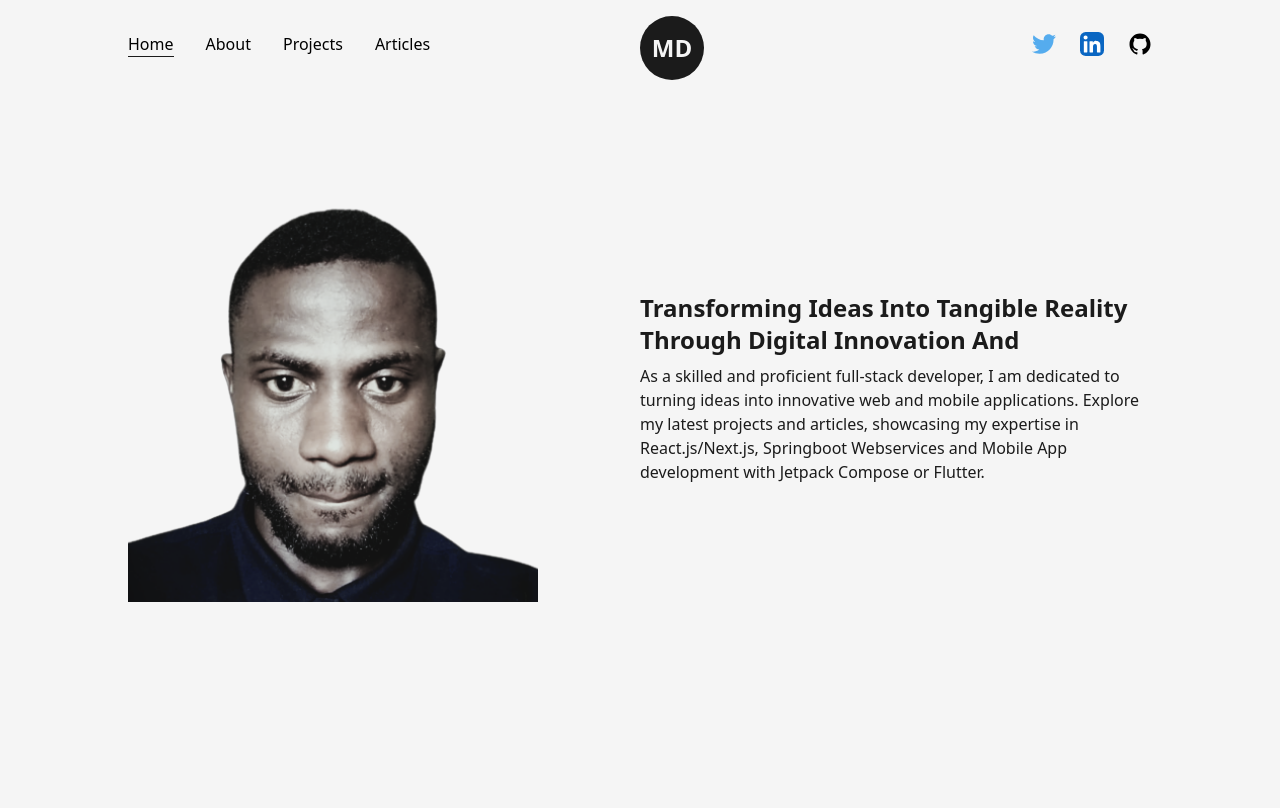
Repository: marcusdashe/situs
Page: /
These files come from the project's save history. The page is drawn as it stood at one moment and after the next save; the edit follows.
The browser window is 1280 px wide. The pictures show the whole page.
The project was rebuilt for these pictures with package versions that can differ from the ones it lists, and the page was loaded fresh each time. The framework's server and built-in components were replaced by stand-ins that run in the browser.

Above is the page before, as saved 2023-06-15 18:10:05.

### src/pages/_app.js
import Navbar from "@/components/Navbar";
import "@/styles/globals.css";
import Head from "next/head";
// import { IBM_Plex_Sans } from "next/font/google";

// const ibm = IBM_Plex_Sans({
//   subsets: ["latin"],
//   variable: "--font-mont",
// });

export default function App({ Component, pageProps }) {
  return (
    <>
      <Head>
        <meta name="viewport" content="width=device-width, initial-scale=1" />
        <link rel="icon" href="/favicon.ico" />
      </Head>
      <main className={`  bg-light w-full min-h-screen`}>
        <Navbar />
        <Component {...pageProps} />
      </main>
    </>
  );
}

### src/components/Navbar.jsx
import React from "react";
import { useRouter } from "next/router";
import Link from "next/link";
import Logo from "./Logo";
import { TwitterIcon, GithubIcon, LinkedInIcon } from "./Icons";
import { motion } from "framer-motion";

const CustomLink = ({ href, title, className = "" }) => {
  const router = useRouter();

  return (
    <Link href={href} className={`${className} relative group`}>
      {title}
      <span
        className={`h-[1px] inline-block bg-dark absolute left-0 -bottom-0.5 group-hover:w-full transition-[width] ease duration-300 ${
          router.asPath === href ? "w-full" : "w-0"
        }`}
      >
        &nbsp;
      </span>
    </Link>
  );
};

const Navbar = () => {
  return (
    <header
      className="w-full px-32 py-8 font-medium
            flex items-center justify-between"
    >
      <nav>
        <CustomLink href="/" title="Home" className="mr-4" />
        <CustomLink href="/about" title="About" className="mx-4" />
        <CustomLink href="/projects" title="Projects" className="mx-4" />
        <CustomLink href="/articles" title="Articles" className="ml-4" />
      </nav>

      <nav className="flex items-center justify-center flex-wrap">
        <motion.a
          href="https://www.twitter.com/marcusdashe"
          target={"_blank"}
          whileHover={{
            y: -2,
          }}
          whileTap={{ scale: 0.9 }}
          className="w-6 mx-3"
        >
          <TwitterIcon className="" />
        </motion.a>
        <motion.a
          href="https://www.linkedin.com/in/marcus-dashe-15a088202"
          target={"_blank"}
          whileHover={{
            y: -2,
          }}
          whileTap={{ scale: 0.9 }}
          className="w-6 mx-3"
        >
          <LinkedInIcon />
        </motion.a>
        <motion.a
          href="https://www.github.com/marcusdashe"
          target={"_blank"}
          whileHover={{
            y: -2,
          }}
          whileTap={{ scale: 0.9 }}
          className="w-6 ml-3"
        >
          <GithubIcon />
        </motion.a>
      </nav>
      <div className="absolute left-[50%] top-2 translate-x-[-50]">
        <Logo />
      </div>
    </header>
  );
};

export default Navbar;

### src/styles/globals.css
@import url("https://fonts.googleapis.com/css2?family=IBM+Plex+Sans:ital,wght@0,100;0,200;0,300;1,100;1,200&family=Inter:wght@300;400;500;600;700;800;900&display=swap");

@tailwind base;
@tailwind components;
@tailwind utilities;

### src/components/Layout.jsx
import React from "react";

const Layout = ({ children, className = "" }) => {
  return (
    <div className={`${className} w-full inline-block z-0 bg-light p-32  `}>
      {children}
    </div>
  );
};

export default Layout;

### src/components/AnimatedText.jsx
import React from "react";
import { motion } from "framer-motion";

const quote = {
  initial: {
    opacity: 1,
  },
  animate: {
    opacity: 1,
    transition: {
      delay: 0.5,
      staggerChildren: 0.08,
    },
  },
};

const singleWord = {
  initial: {
    opacity: 0,
    y: 50,
  },
  animate: {
    opacity: 1,
    y: 0,
    transition: {
      duration: 1,
    },
  },
};

const AnimatedText = ({ text, className = "" }) => {
  return (
    <div className="w-full mx-auto py-2 flex items-center justify-center text-center overflow-hidden ">
      <motion.h1
        className={`inline-block w-full text-dark font-bold capitalize text-2xl ${className}`}
        variants={quote}
        initial="initial"
        animate="animate"
      >
        {text.split(" ").map((word, index) => (
          <motion.span
            key={index}
            className="inline-block"
            variants={singleWord}
          >
            {word}&nbsp;
          </motion.span>
        ))}
      </motion.h1>
    </div>
  );
};

export default AnimatedText;

### src/components/Logo.jsx
"use client";

import React from "react";
import Link from "next/link";
import { motion } from "framer-motion";

const MotionLink = motion(Link);

const Logo = () => {
  return (
    <div className="flex items-center justify-center mt-2">
      <MotionLink
        href="/"
        className="w-16 h-16 bg-dark text-light flex items-center
        justify-center rounded-full text-2xl font-bold hover
      "
        whileHover={{
          scale: 1.5,
          backgroundColor: [
            "#121212",
            "rgba(131,58,180,1)",
            "rgba(253,29,29,1)",
            "rgba(252,176,69,1)",
            "rgba(131,58,180,1)",
            "#121212",
          ],
          transition: {
            duration: 1,
            repeat: Infinity,
          },
        }}
      >
        MD
      </MotionLink>
    </div>
  );
};

export default Logo;

Loaded but not shown: src/pages/index.js (46 lines, source omitted); tailwind.config.js (27 lines, source omitted); src/components/Icons.jsx (463 lines, source omitted)

After the next save:
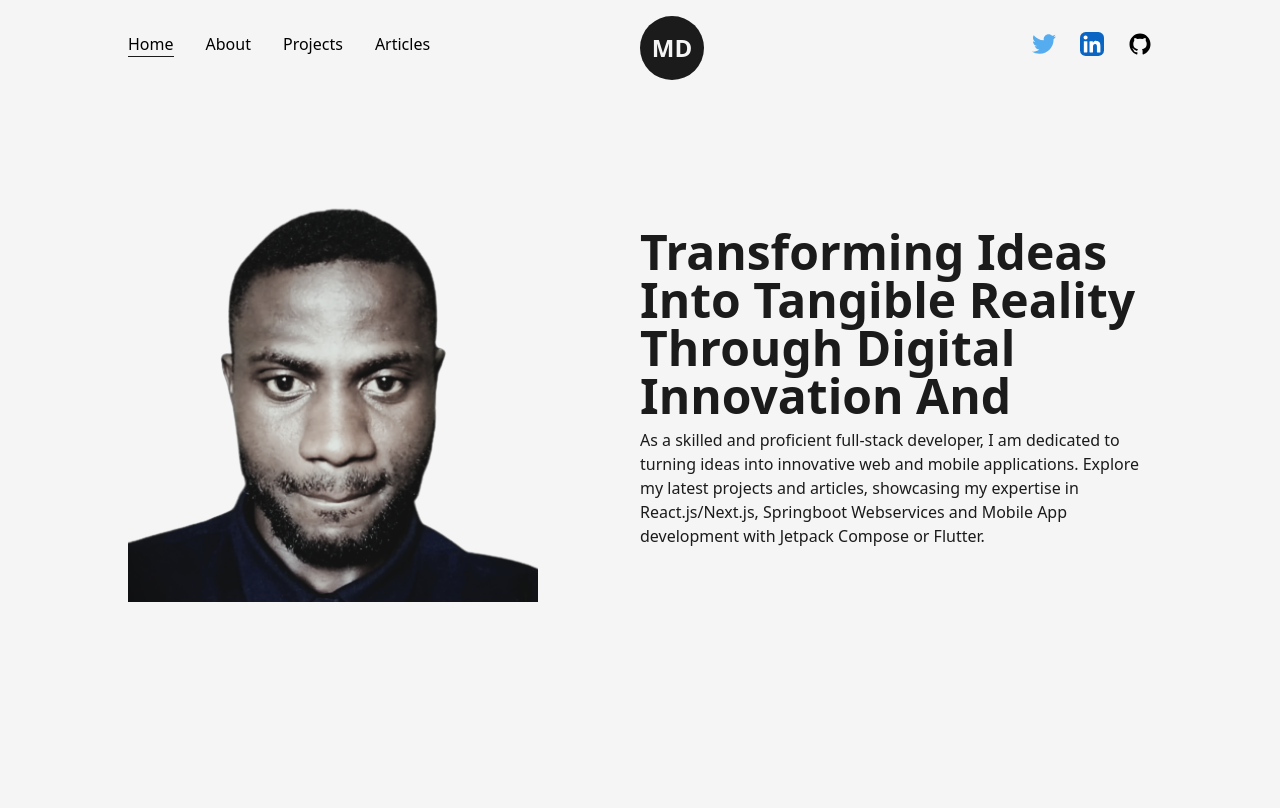
Saved 7 s later.
--- a/src/components/AnimatedText.jsx
+++ b/src/components/AnimatedText.jsx
@@ -32,7 +32,7 @@ const AnimatedText = ({ text, className = "" }) => {
   return (
     <div className="w-full mx-auto py-2 flex items-center justify-center text-center overflow-hidden ">
       <motion.h1
-        className={`inline-block w-full text-dark font-bold capitalize text-2xl ${className}`}
+        className={`inline-block w-full text-dark font-bold capitalize text-5xl ${className}`}
         variants={quote}
         initial="initial"
         animate="animate"
